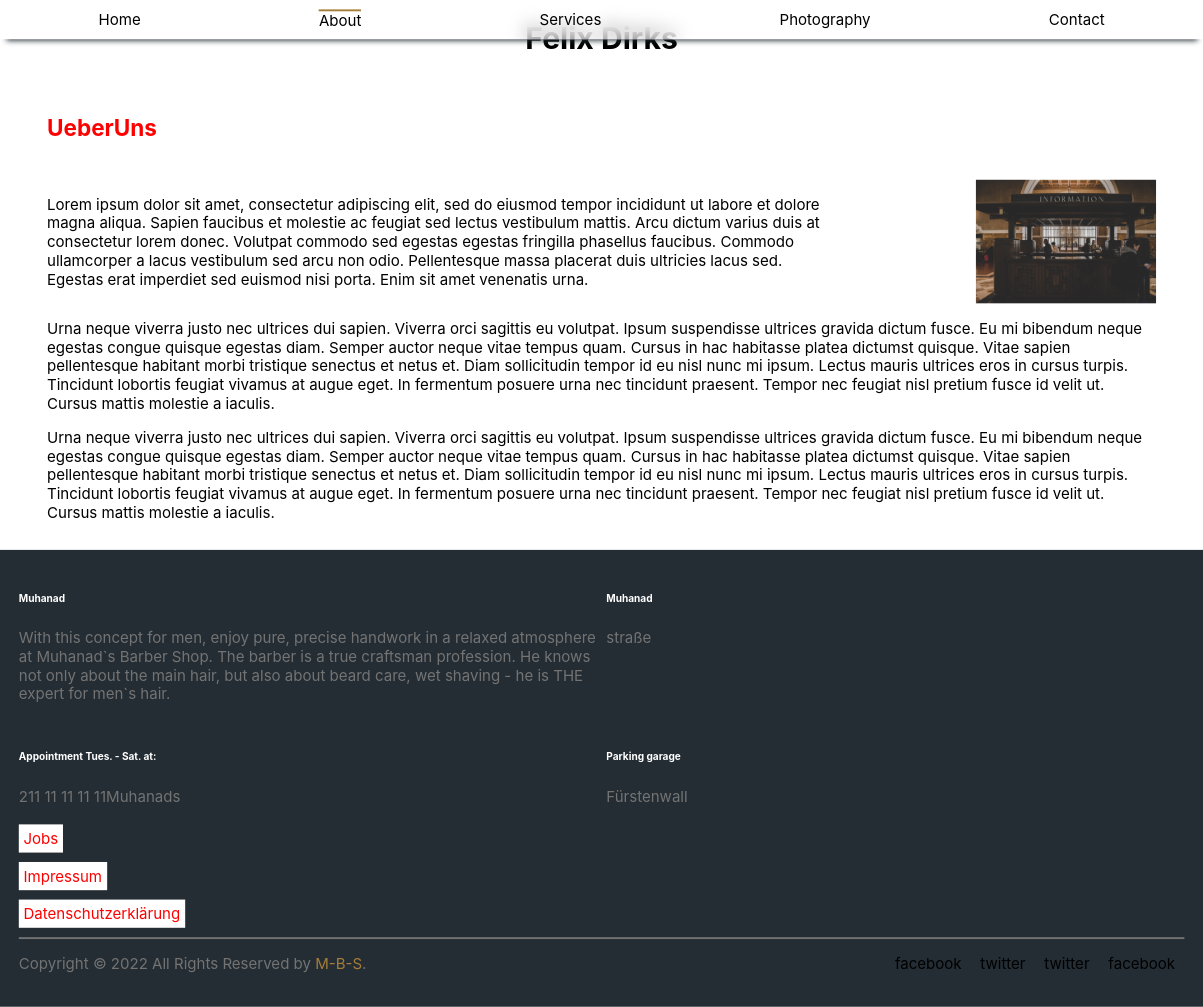
Repository: muhanad-musawi/backend-projekt-frondend
Page: /About (app in pohtographer/)
An editor plug-in stored every save of this project. The page is shown before and after a run of saves, followed by the edit.
The browser window is 1280 px wide. The pictures show the whole page, at 94% of full size.
The project was rebuilt for these pictures with package versions that can differ from the ones it lists, and the page was loaded fresh each time. The framework's server and built-in components were replaced by stand-ins that run in the browser. Also part of the build but not shown: pohtographer/next.config.js.

Above is the page before, as saved 2022-03-27 15:56:50.

### pohtographer/pages/_app.js
import '../styles/globals.css'
import Layout from '../layouts/default'

function MyApp({ Component, pageProps }) {


  const getLayout = Component.getLayout
  || ((page) => (<Layout>{page}</Layout>))

  return  getLayout (<Component {...pageProps} />


  )

}

export default MyApp

### pohtographer/pages/About.jsx

import styles from '../styles/main.module.css'
import Image from 'next/image'
import imgA from '../img/philip-strong-iOBTE2xsYko-unsplash.jpg'


function UeberUns() {
  return (
    <div>

    <div className={styles.mainContent}  >

    <h2 className={styles.hTwo} >UeberUns</h2>

    <div  className={styles.imgText} >
    <p className={styles.text} >Lorem ipsum dolor sit amet, consectetur adipiscing elit, sed do eiusmod tempor incididunt ut labore et dolore magna aliqua. Sapien faucibus et molestie ac feugiat sed lectus vestibulum mattis. Arcu dictum varius duis at consectetur lorem donec. Volutpat commodo sed egestas egestas fringilla phasellus faucibus. Commodo ullamcorper a lacus vestibulum sed arcu non odio. Pellentesque massa placerat duis ultricies lacus sed. Egestas erat imperdiet sed euismod nisi porta. Enim sit amet venenatis urna.
    </p>
    <Image width={192}  height={118} src={imgA} alt="" />
    </div>

    <p  className={styles.text}>Urna neque viverra justo nec ultrices dui sapien. Viverra orci sagittis eu volutpat. Ipsum suspendisse ultrices gravida dictum fusce. Eu mi bibendum neque egestas congue quisque egestas diam. Semper auctor neque vitae tempus quam. Cursus in hac habitasse platea dictumst quisque. Vitae sapien pellentesque habitant morbi tristique senectus et netus et. Diam sollicitudin tempor id eu nisl nunc mi ipsum. Lectus mauris ultrices eros in cursus turpis. Tincidunt lobortis feugiat vivamus at augue eget. In fermentum posuere urna nec tincidunt praesent. Tempor nec feugiat nisl pretium fusce id velit ut. Cursus mattis molestie a iaculis.</p>

    <p className={styles.text}>
    Urna neque viverra justo nec ultrices dui sapien. Viverra orci sagittis eu volutpat. Ipsum suspendisse ultrices gravida dictum fusce. Eu mi bibendum neque egestas congue quisque egestas diam. Semper auctor neque vitae tempus quam. Cursus in hac habitasse platea dictumst quisque. Vitae sapien pellentesque habitant morbi tristique senectus et netus et. Diam sollicitudin tempor id eu nisl nunc mi ipsum. Lectus mauris ultrices eros in cursus turpis. Tincidunt lobortis feugiat vivamus at augue eget. In fermentum posuere urna nec tincidunt praesent. Tempor nec feugiat nisl pretium fusce id velit ut. Cursus mattis molestie a iaculis.
    </p>

  </div>

  </div>
  )
}

export default UeberUns

### pohtographer/styles/globals.css
html,
body {
  padding: 0;
  margin: 0;
  font-family: -apple-system, BlinkMacSystemFont, Segoe UI, Roboto, Oxygen,
    Ubuntu, Cantarell, Fira Sans, Droid Sans, Helvetica Neue, sans-serif;
}

a {
  color: inherit;
  text-decoration: none;
}

* {
  box-sizing: border-box;
}

### pohtographer/layouts/default.jsx

import Header from '../components/Header'

import Footer from '../components/Footer'
import Head from 'next/head'


function Layout ({children}) {
  return (
    <div>
       <Header/>
       <Head>
        <title>my-App</title>
        <meta name="description" content="Generated by create next app" />
        <link rel="icon" href="/favicon.ico" />
      </Head>
      {children}
      <Footer/>
    </div>
  )
}

export default Layout

### pohtographer/styles/main.module.css


.mainContent{
  margin: 30px 50px;
}

.hTwo {
  color: red;
  margin: 40px 0px;
}

.text{
  text-align: left;


}

.imgText{
  display: flex;
  justify-content: space-between;
}

.imgText p {
  width: 70%;
 }

### pohtographer/components/Header.jsx
import Link from 'next/link'
import Image from 'next/image'
import home from '../img/home.svg'
import about from '../img/about.svg'
import service from '../img/service.svg'
import experience from '../img/experience.svg'
import contact from '../img/contact.svg'

import styles from '../styles/Header.module.css'
import { useRouter } from "next/router";



function Header() {

  const router = useRouter();

  return (
    <div className={styles.navbarCenter} >
      <h1 className={styles.logoName}>Felix Dirks</h1>
    <div className={styles.headerLinks}>

        <Link href="/">
          <a className={router.pathname == "/" ? styles.active : ""}><span className={styles.desktopVersion}>Home</span>
        <span className={styles.mobileVersion}>

          <span className={styles.img}> <Image  src={home} alt="home" /></span>


        </span></a>
        </Link>

        <Link href="/About">
          <a className={router.pathname == "/About" ? styles.active : ""}>
          <span className={styles.desktopVersion}>About</span>
        <span className={styles.mobileVersion}>


        <span className={styles.img} ><Image   src={about} alt="about" /></span>

        </span>
          </a>
        </Link>

        <Link href="/Services">
          <a className={router.pathname == "/Services" ? styles.active  : ""}>
          <span className={styles.desktopVersion}>Services</span>
        <span className={styles.mobileVersion}>

          <span className={styles.img}><Image  src={service} alt="service" /></span>


        </span>
          </a>
        </Link>

        <Link href="/Photography">
          <a className={router.pathname == "/Photography" ? styles.active  : ""}>
          <span className={styles.desktopVersion}>Photography</span>
        <span className={styles.mobileVersion}>

          <span className={styles.img} > <Image  src={home} alt="home" /></span>


        </span>
          </a>
        </Link>

        <Link href="/Contact">
          <div className={router.pathname == "/Contact" ? styles.active : ""}>
          <span className={styles.desktopVersion}>Contact</span>

        <span className={styles.mobileVersion}>

          <span className={styles.img} ><Image  src={contact} alt="contact" /></span>

        </span>
          </div>
        </Link>

        </div>

    </div>
  )
}

export default Header

### pohtographer/components/Footer.jsx
import Link from "next/link";
import styles from "../styles/Footer.module.css";

function Footer() {
  return (
    <div className={styles.footer}>

    <div className={styles.startFooter}>
      <div className={styles.conceptText}>
        <h6>Muhanad</h6>
        <p>
          With this concept for men, enjoy pure, precise handwork in a relaxed
          atmosphere at Muhanad`s Barber Shop. The barber is a true craftsman
          profession. He knows not only about the main hair, but also about
          beard care, wet shaving - he is THE expert for men`s hair.
        </p>
      </div>

      <div className={styles.adresseLink}>
        <h6>Muhanad</h6>
        <div>
          <Link href="'">straße</Link>
        </div>
      </div>

      <div className={styles.openingContactDetails}>
        <h6>Appointment Tues. - Sat. at:</h6>
        <div>
          <Link href="'">211 11 11 11 11</Link>
          <Link href="'">Muhanads</Link>
        </div>
      </div>

      <div className={styles.parkingGarage}>
        <h6>Parking garage</h6>
        <div>
          <Link href="'">Fürstenwall</Link>
        </div>
      </div>

      <div className={styles.jobsImpressumDatenschutzerklärungLink}>
      <div><Link href="#1">Jobs</Link></div>
      <div><Link href="#2">Impressum</Link></div>
       <div><Link href="#3">Datenschutzerklärung</Link></div>
      </div>
       </div>


      <div className={styles.endFooter}>

        <div className={styles.copyrightLink}>
          <p>
           Copyright &copy; 2022 All Rights Reserved by
           <span className={styles.link}><Link href="#">  M-B-S</Link></span>.
          </p>
        </div>

        <div className={styles.socialMedia}>
          <ul className={styles.socialMediaUl}>
            <li>
              <Link href="#">facebook</Link>
            </li>
            <li>
              <Link href="#">twitter</Link>
            </li>
            <li>
              <Link href="#">twitter </Link>
            </li>
            <li>
              <Link href="#">facebook</Link>
            </li>
          </ul>
        </div>
      </div>

    </div>
  );
}

export default Footer;

### pohtographer/styles/Header.module.css
/*
$color-white:#ffffff;
$footer-color:#737373;
$color-gold:#a57d38;
$color-dark:#242d34;
*/




.navbarCenter {
  width: 100%;
  display: flex;
  justify-content: center;

}

.headerLinks {
  -webkit-backdrop-filter: blur(10px);
  backdrop-filter: blur(10px);
  background-color: rgba(255, 255, 255, 0.5);

  margin: auto auto;
  padding: 10px;
  margin-bottom: 50px;
  display: flex;
  justify-content: space-around;
  align-items: center;

  border-radius: 40px;
  overflow: hidden;
  position: fixed;
  bottom: 0;
  width: 85%;
}

.mobileVersion {
  display: flex;
  justify-content: center;
  align-items: center;
  visibility: visible;
  border: 1px solid #a57d38;
  border-radius: 60%;
}

.mobileVersion:hover {
  border: 1px solid #a57d38;
  background-color: #242d34;
  border-radius: 60%;
}

.active {
  background-color: #242d34;
  border-radius: 60%;
  border: 2px solid #a57d38;
}

.img {
  width: 40px;
  margin: 5px;
  margin-left: 10px;
  margin-right: 10px;
  margin-top: 10px;
}

.desktopVersion {
  display: none;
  visibility: hidden;
}



@media screen and (min-width: 1024px) {

  .navbarCenter {

    position: sticky;
    overflow: hidden;
    z-index: 2;
    top: 0;

    width: 100%;
  }


  .headerLinks {
    width: 100%;
    -webkit-backdrop-filter: blur(10px);
    backdrop-filter: blur(10px);
    background-color: rgba(255, 255, 255, 0.5);


    justify-content: space-around;
    margin-top: 0px;
    margin-bottom: 0px;
    border-radius: 0;
    bottom: unset;


    -webkit-box-shadow: 0 8px 6px -6px #242d34;
    -moz-box-shadow: 0 8px 6px -6px #242d34;
    box-shadow: 0 8px 6px -6px #242d34;
  }


  .active {

    background-color: initial;
    border-radius: 0;
    border: none;
    border-top: 2px solid #a57d38;
  }

  .mobileVersion {
    display: none;
    visibility: hidden;
  }

  .desktopVersion {


    display: block;
    visibility: visible;
  }




}

### pohtographer/styles/Footer.module.css


.footer {
  width: 100%;
  padding: 20px;
  background-color: rgba(36,45,52,1);
}

.startFooter {
  display: grid;
  grid-template-columns: 1fr;
  grid-template-rows: 1fr;
}

.conceptText h6{
  color: #ffffff;

}

.conceptText p {
  color: #737373;
}

.adresseLink h6{
  color: #ffffff;
}

.adresseLink div{
  color: #737373;
}

.openingContactDetails h6{
  color: #ffffff;
}

.openingContactDetails div{
  color: #737373;
}

.parkingGarage h6{
  color: #ffffff;
}

.parkingGarage div {
  color: #737373;
}

.jobsImpressumDatenschutzerklärungLink  div {
  margin: 10px 0;
  padding: 5px 5px;
  color: red;
  background-color: #ffffff;
  width: max-content;
}


.copyrightLink {
  color: #737373;
  display: flex;

}

.link {
  color: #a57d38;
}

.endFooter {
  width: 100%;
  display: flex;
  justify-content: space-between;
  align-items: center;
  border-top: 2px solid  #737373;
}

.socialMedia {

}

.socialMediaUl {
  list-style: none;
  display: flex;
}

.socialMediaUl li {
  margin: 0 10px
}


@media screen and (min-width: 700px) {

  .startFooter {
    display: grid;
    grid-template-columns: 1fr 1fr ;
    grid-template-rows: auto;
    column-gap: 10px;
  row-gap: 10px ;
  }


}

@media screen and (min-width: 1000px) {

  .startFooter {
    display: grid;
    grid-template-columns: 1fr 1fr ;
    grid-template-rows: auto;

  }


}

After the next 2 saves:
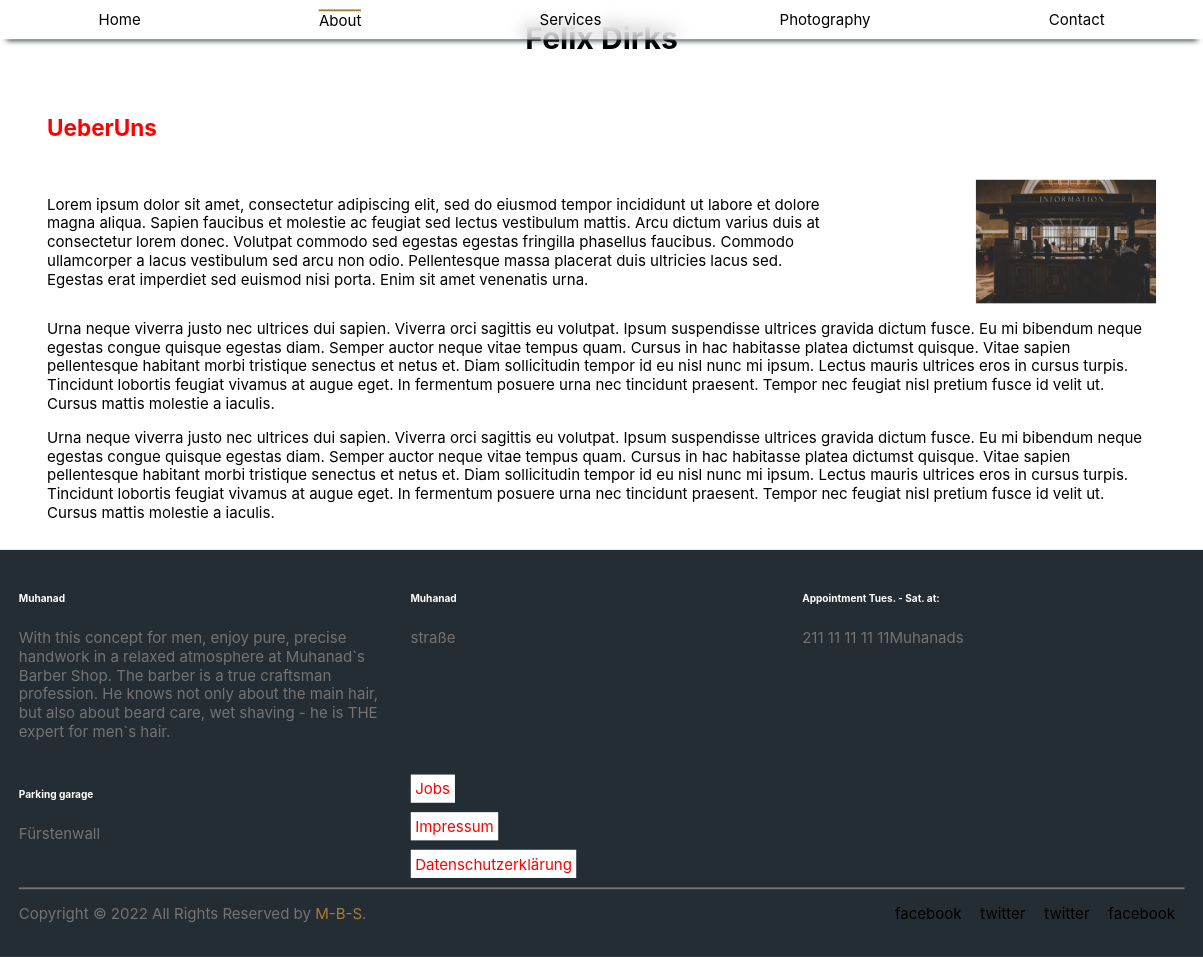
The 2 saves are shown as one change because they came seconds apart.
The last was saved 9 s later.
--- a/pohtographer/styles/Footer.module.css
+++ b/pohtographer/styles/Footer.module.css
@@ -103,7 +103,7 @@
 
   .startFooter {
     display: grid;
-    grid-template-columns: 1fr 1fr ;
+    grid-template-columns: 1fr 1fr 1fr;
     grid-template-rows: auto;
 
   }
